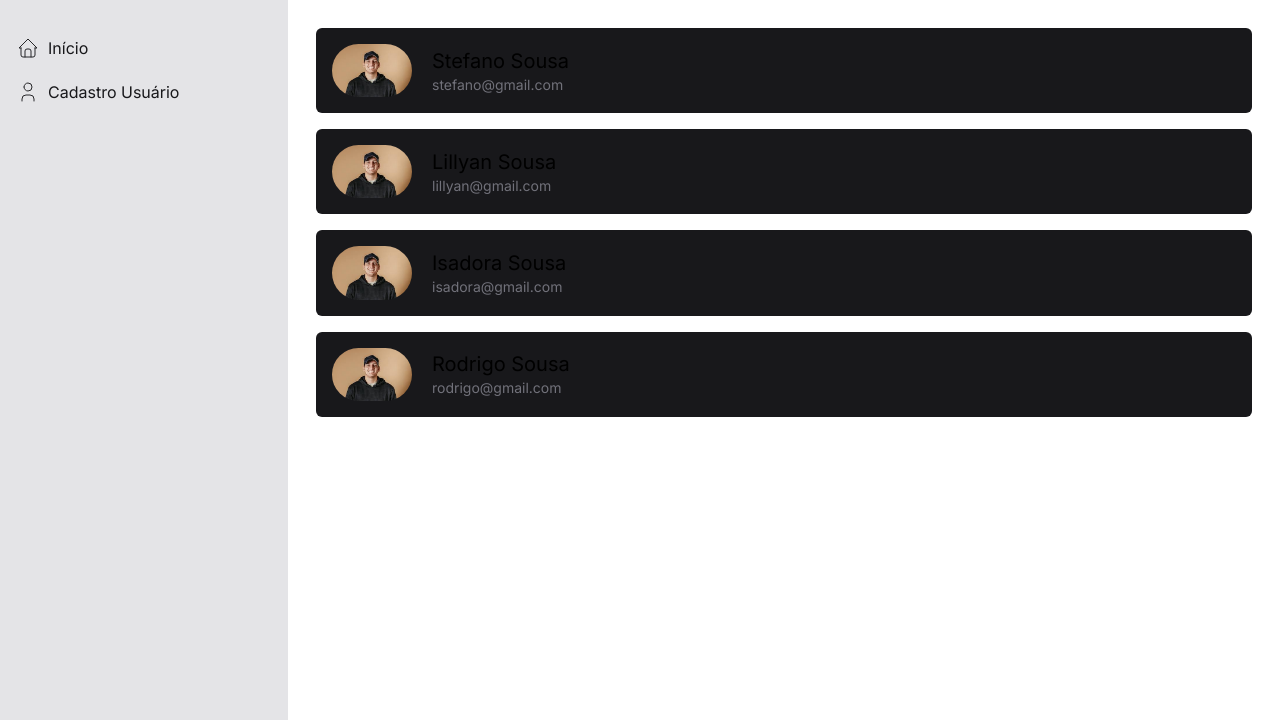
Repository: stefanosousaa/app-bd
Page: /usuarios
These files come from the project's save history. The page is drawn as it stood at one moment and after the next save; the edit follows.
The browser window is 1280 px wide. The pictures show the whole page.
The project was rebuilt for these pictures with package versions that can differ from the ones it lists, and the page was loaded fresh each time. The framework's server and built-in components were replaced by stand-ins that run in the browser. Also part of the build but not shown: next.config.mjs.

Above is the page before, as saved 2024-05-25 23:48:46.

### src/app/(internas)/usuarios/page.tsx
import Pagina from "@/app/components/template/Pagina";
import ListaUsuario from "@/app/components/usuario/ListaUsuario";


export default function Page(){
    return(
        <Pagina>
           <ListaUsuario/>
        </Pagina>
    )
}

### src/app/components/template/Pagina.tsx
import Menu from "./Menu"

export interface PaginaProps {
    children: any
}

export default function Pagina(props: PaginaProps){
    return (
     <div className="flex ">
        <Menu/>
        <main className="flex-1 p-7">{props.children}</main>

    </div>
    )

}

### src/app/components/usuario/ListaUsuario.tsx

import { Usuario } from '@/core/model/Usuario'
import usuarios from '../../data/constants/usuarios'
import LinhaUsuario from './LinhaUsuario'

export default function ListaUsuario(){
    return(
        <div className="flex flex-col gap-4">
            {usuarios.map((usuario: Usuario) => {
                return <LinhaUsuario key={usuario.id} usuario={usuario}/>
            })}

        </div>
    )
}

### src/app/components/template/Menu.tsx
import { IconHome, IconUser } from "@tabler/icons-react"
import Link from "next/link"
import MenuItem from "./MenuItem"



export default function Menu(){
    return (
    <aside className="w-72 bg-zinc-200 h-screen">
         <nav className="flex flex-col gap-1 py-7">
            <MenuItem icone={IconHome} texto="Início" url="/" />
            <MenuItem icone={IconUser} texto="Cadastro Usuário" url="/usuarios" />


         </nav>
    </aside>
    )
}

### src/app/data/constants/usuarios.ts
import { Usuario } from "@/core/model/Usuario";

const usuarios: Usuario [] = [
    {
        id: "1",
        email:"stefano@gmail.com",
        nome: "Stefano Sousa",
        senha:"123456"
    },
    {
        id: "2",
        email:"lillyan@gmail.com",
        nome: "Lillyan Sousa",
        senha:"123456"
    },
    {
        id: "3",
        email:"isadora@gmail.com",
        nome: "Isadora Sousa",
        senha:"123456"
    },
    {
        id: "4",
        email:"rodrigo@gmail.com",
        nome: "Rodrigo Sousa",
        senha:"123456"
    },
]

export default usuarios

### src/app/components/usuario/LinhaUsuario.tsx
import { Usuario } from "@/core/model/Usuario"
import Image from "next/image"

export interface LinhaUsuarioProps {
    usuario: Usuario
}

export default function LinhaUsuario(props: LinhaUsuarioProps){
    return(
        <div className="flex bg-zinc-900 items-center gap-5 p-4 bg-zinc-200 rounded-md">
            <Image
            src="data:[embedded picture, 6063 characters]"
            width={80}
            height={80}
            className="rounded-full"
            alt="Avatar"
            />



            <div className=" flex flex-col">
              <span className="text-xl">{props.usuario.nome}</span>
              <span className="text-sm text-zinc-500">{props.usuario.email}</span>
            </div>


        </div>
    )
}

### src/app/components/template/MenuItem.tsx
import Link from "next/link"
import { ElementType } from "react"

export interface MenuItemProps{
    icone: ElementType
    texto: string
    url: string
}


export default function MenuItem(props : MenuItemProps){
    return(
        <Link href={props.url} className="flex gap-2 px-4 py-2 hover:bg-white ">
            <props.icone className= "text-zinc-800" size={24} stroke={1}/>
            <span className= "text-zinc-900">{props.texto}</span>
        </Link>
    )
}

Loaded but not shown: src/app/layout.tsx (common file); src/app/globals.css (common file); tailwind.config.ts (common file)

After the next save:
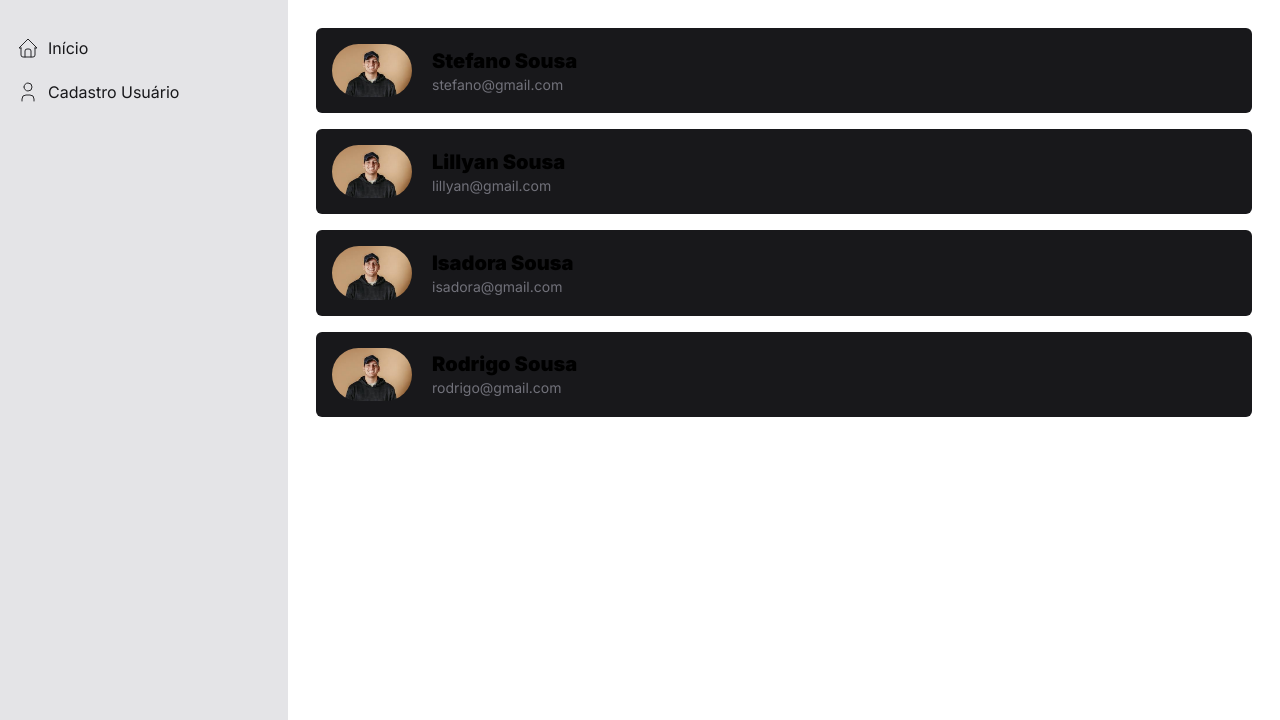
Saved 27 s later.
--- a/src/app/components/usuario/LinhaUsuario.tsx
+++ b/src/app/components/usuario/LinhaUsuario.tsx
@@ -19,7 +19,7 @@ export default function LinhaUsuario(props: LinhaUsuarioProps){
 
 
             <div className=" flex flex-col">
-              <span className="text-xl">{props.usuario.nome}</span>
+              <span className="text-xl font-black">{props.usuario.nome}</span>
               <span className="text-sm text-zinc-500">{props.usuario.email}</span>
             </div>
 
